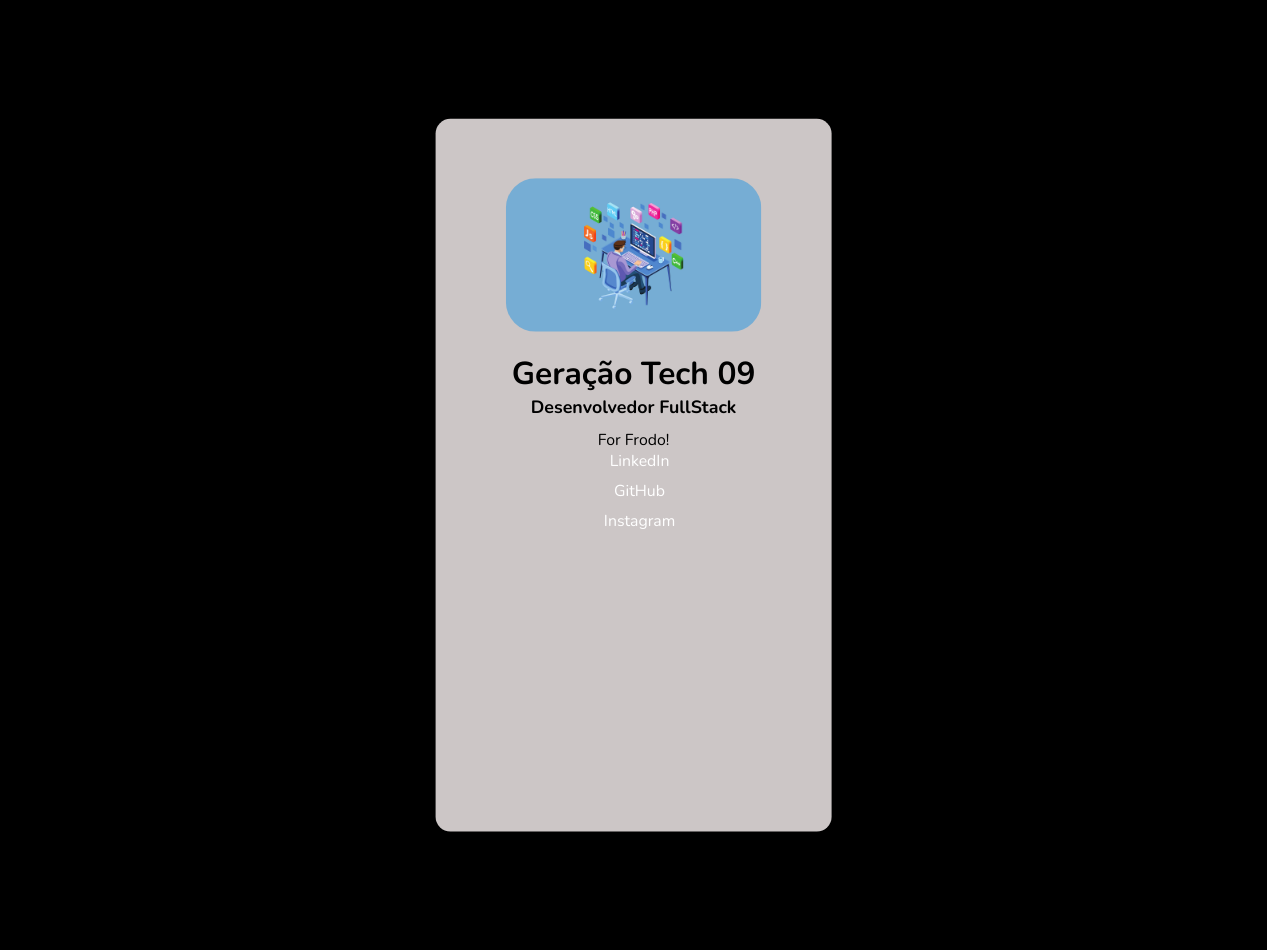
Repository: medeirosregis/linktree-gt09
Page: index.html
The author's editor kept a copy of each file at every save. The page is drawn from the files as they stood at one save, then again after a run of saves.
The browser window is 1280 px wide. The pictures show the whole page, at 99% of full size.

Above is the page before, as saved 2025-04-11 09:04:02.

After the next 4 saves:
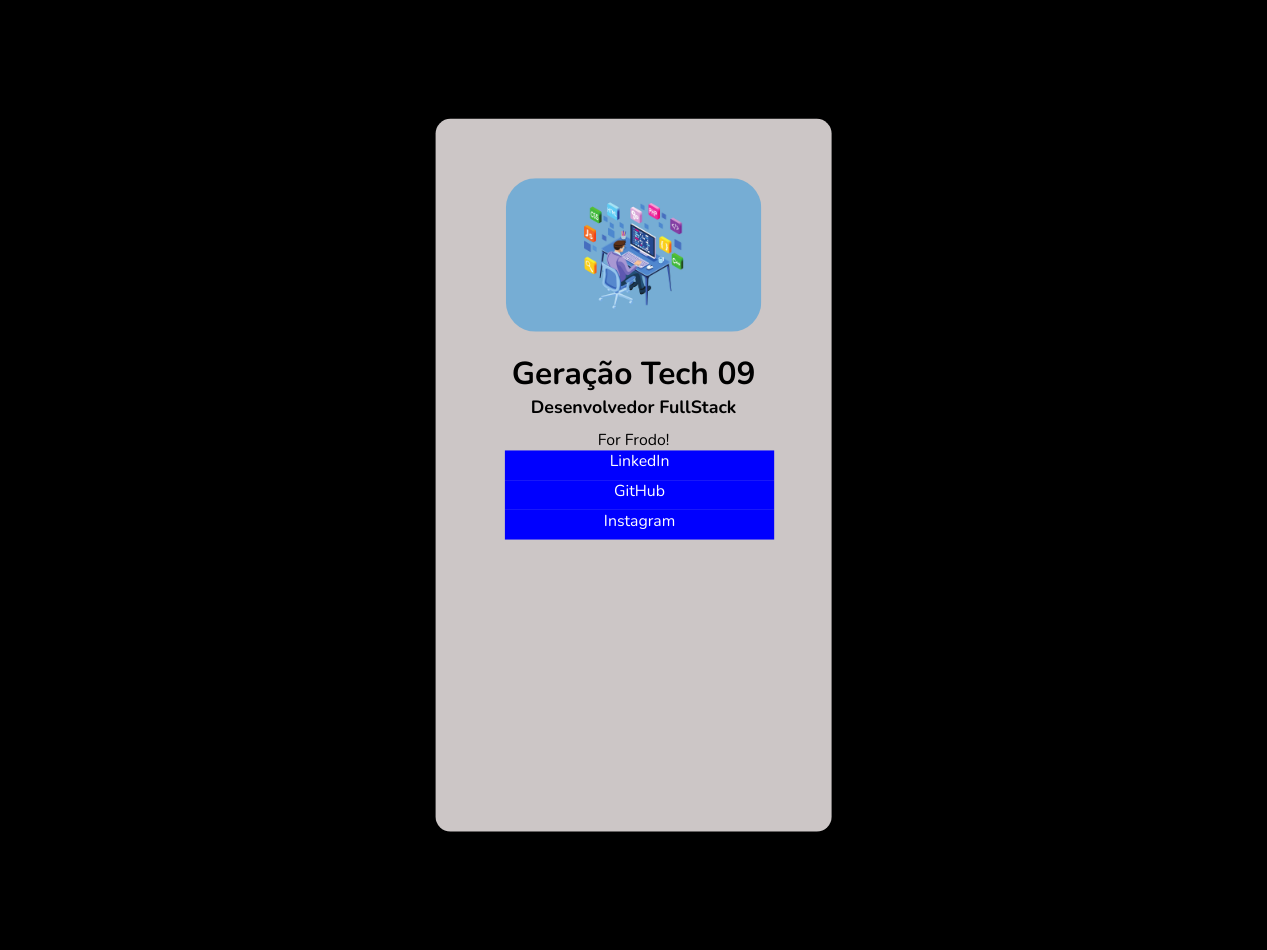
The 4 saves are shown as one change because they came seconds apart.
The last was saved 12 s later.
--- a/style.css
+++ b/style.css
@@ -50,5 +50,6 @@
 .container-social li {
     width: 272px;
     height: 30px;
-    background-color: ;
+    background-color: blue;
+    margin: ;
 }
